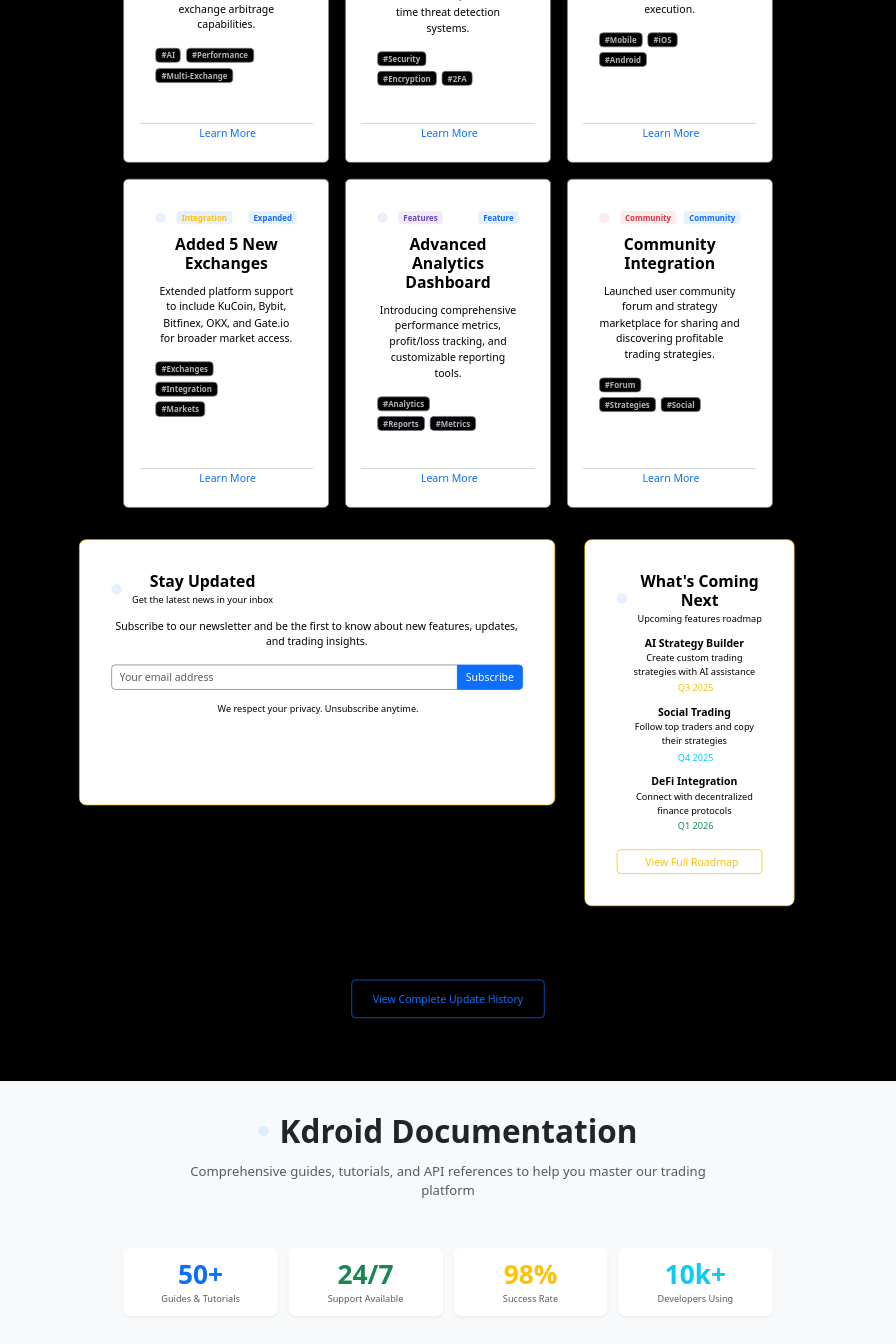
Repository: Kevin-Pro-Codes/halo-trading
Page: /
These files come from the project's save history. The page is drawn as it stood at one moment and after the next save; the edit follows.
The browser window is 1280 px wide. The pictures show the part of the page from y = 3818 to 5738 px (the page is 19648 px tall), at 70% of full size.
The page's requests for data from a server got no answer. The project was rebuilt for these pictures with package versions that can differ from the ones it lists, and the page was loaded fresh each time. Some packages were replaced by stand-ins written for this rebuild. No one was signed in, and anything a server would have sent is missing. Also part of the build but not shown: vite.config.js, src/styles/DocStyle.css, src/styles/PricingStyle.css.

Above is the page before, as saved 2025-12-09 21:03:30.

After the next save:
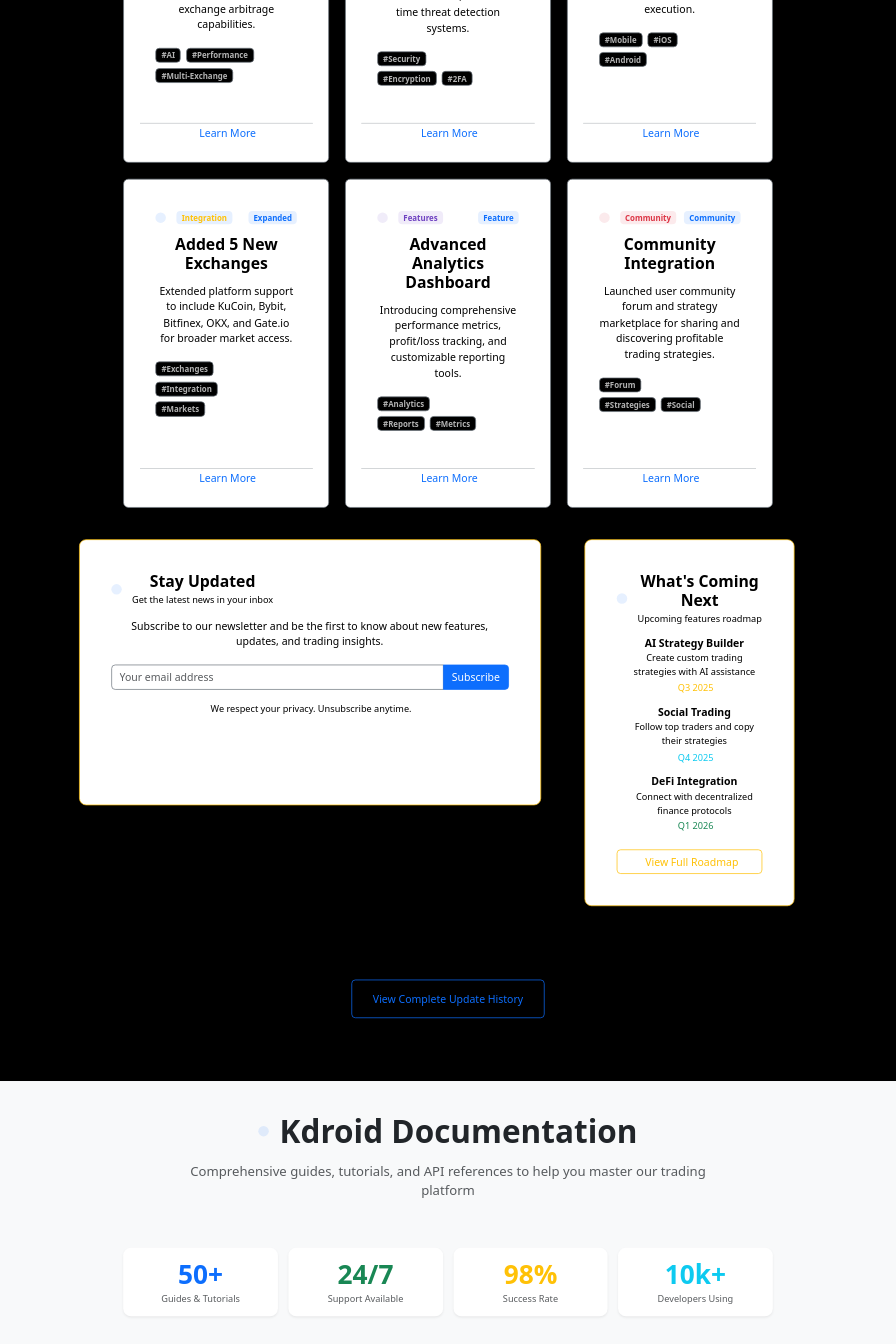
Saved 5 s later.
--- a/src/components/LatestSection.jsx
+++ b/src/components/LatestSection.jsx
@@ -219,7 +219,7 @@ const LatestSection = () => {
       maxWidth: '700px'
     }}>
        <div className="card border-warning bg-white" style={{
-        minWidth: '680px',
+        minWidth: '660px',
         minHeight: '380px',
         borderRadius: '10px'
       }}>
